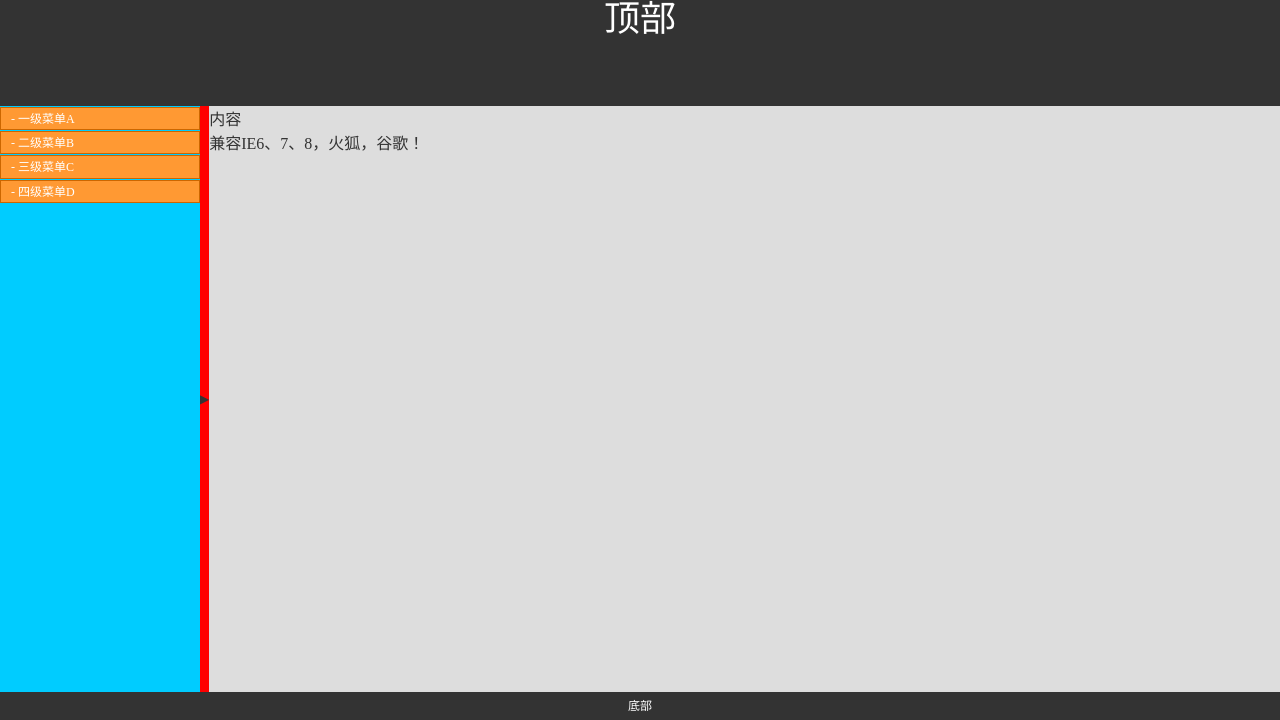
Repository: figo645/NewGenerationOA
Page: http://localhost/mavenweb/
The author's editor kept a copy of each file at every save. The page is drawn from the files as they stood at one save, then again after the next save.
The browser window is 1280 px wide. The pictures show the whole page.
Some web libraries are served in a nearby version. The page is served by Tomcat 9. Nobody is signed in. The application's start-up code is not run.

Above is the page before, as saved 2015-09-24 09:27:00.

After the next save:
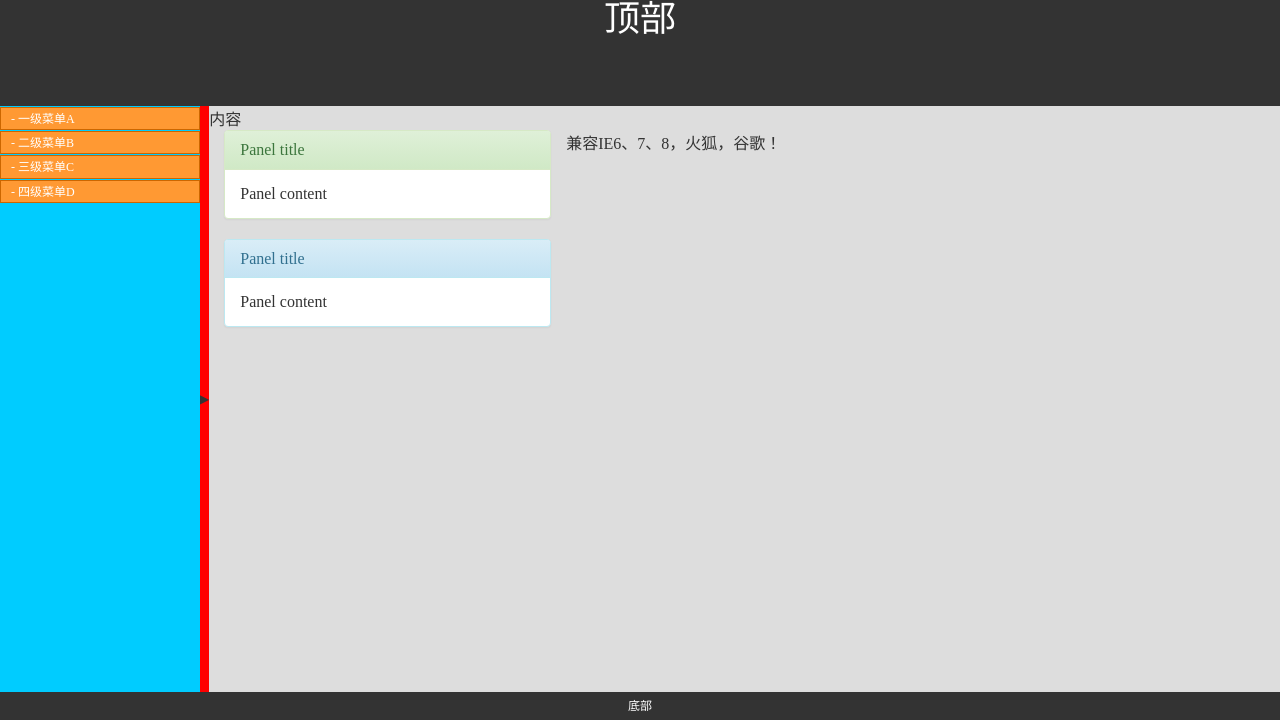
Saved 4 min 45 s later.
--- a/3.implementtation/prototype_ws/mavenweb/src/main/webapp/index.jsp
+++ b/3.implementtation/prototype_ws/mavenweb/src/main/webapp/index.jsp
@@ -370,7 +370,24 @@ body {
 				<td>
 					<div id="contenct">
 						内容<br />兼容IE6、7、8，火狐，谷歌！
-
+<div class="col-sm-4">
+          <div class="panel panel-success">
+            <div class="panel-heading">
+              <h3 class="panel-title">Panel title</h3>
+            </div>
+            <div class="panel-body">
+              Panel content
+            </div>
+          </div>
+          <div class="panel panel-info">
+            <div class="panel-heading">
+              <h3 class="panel-title">Panel title</h3>
+            </div>
+            <div class="panel-body">
+              Panel content
+            </div>
+          </div>
+        </div>
 
 					</div>
 				</td>
